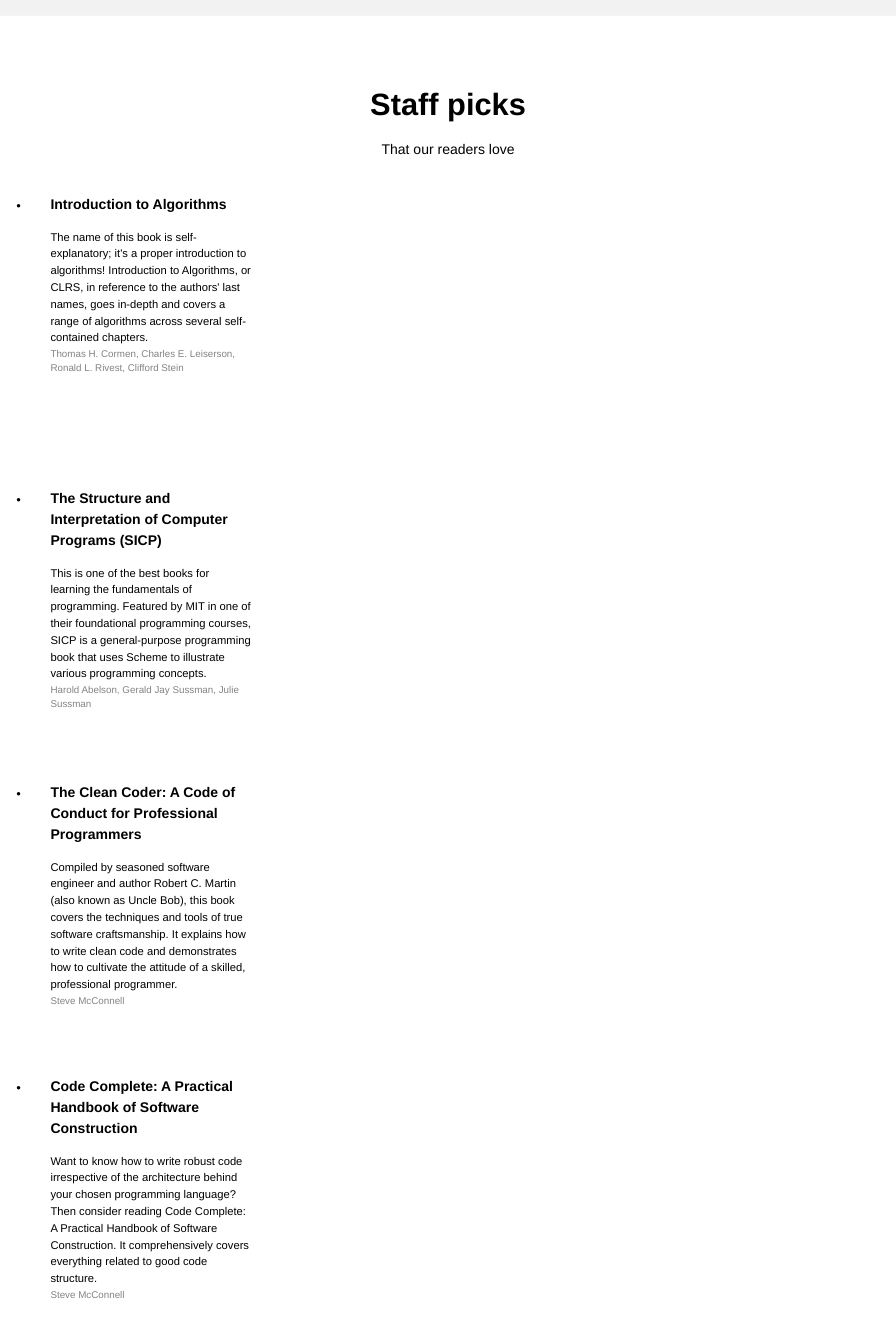
Repository: MWilliams-26/se_project_library
Page: index.html
These files come from the project's save history. The page is drawn as it stood at one moment and after the next save; the edit follows.
The browser window is 1280 px wide. The pictures show the part of the page from y = 1521 to 3441 px (the page is 4042 px tall before and 4046 px after), at 70% of full size.

Above is the page before, as saved 2023-04-03 10:37:12.

After the next save:
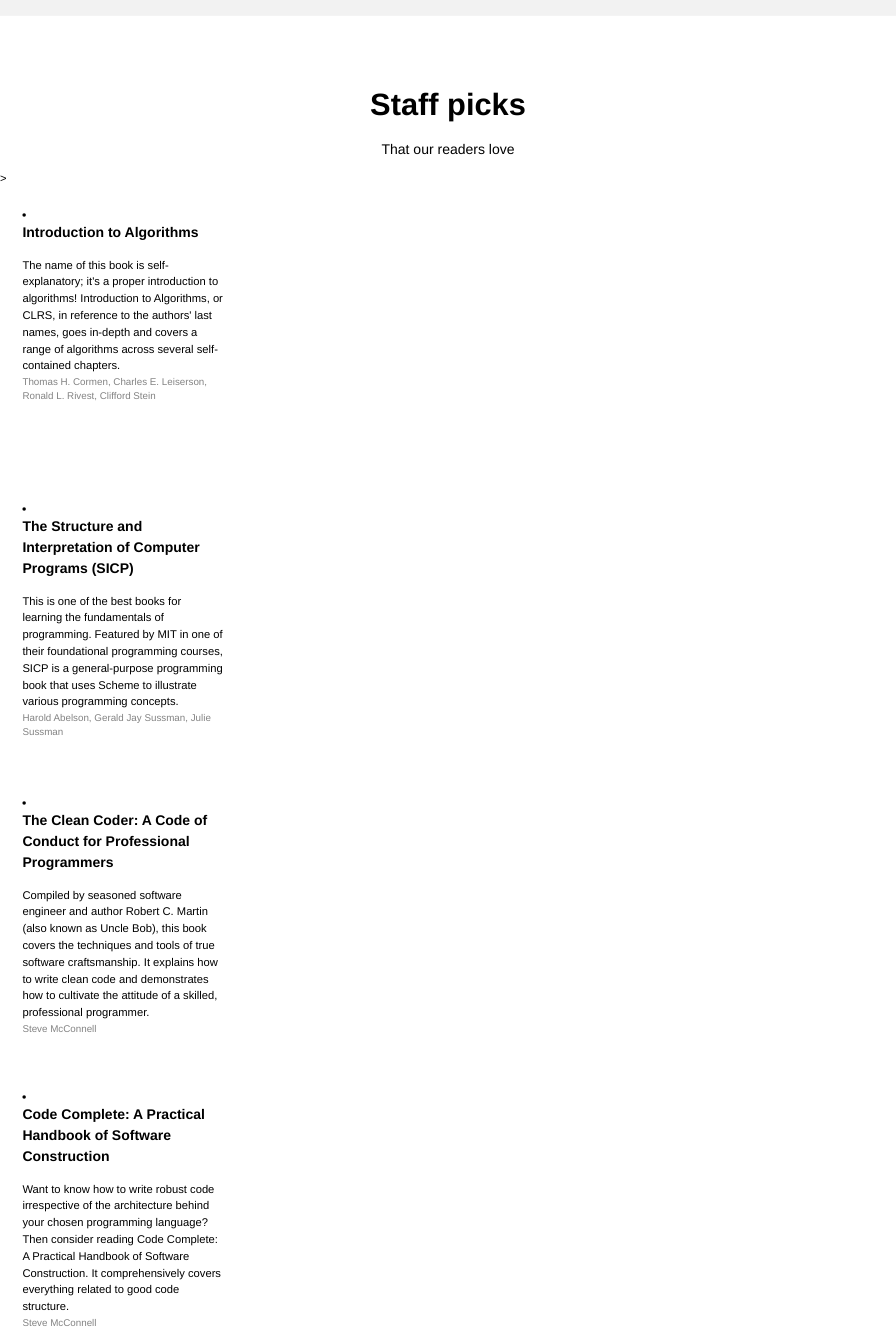
Saved 10 min 32 s later.
--- a/index.html
+++ b/index.html
@@ -155,7 +155,7 @@
           <!-- --------------------------------------------------------------- -->
           <h2 class="staff__title">Staff picks</h2>
           <p class="staff__subtitle">That our readers love</p>
-          <ul>
+          <ul class="staff__picks"></ul>>
             <li class="card">
               <div class="card__content">
                 <h3 class="card__title">Introduction to Algorithms</h3>

After the save that followed:
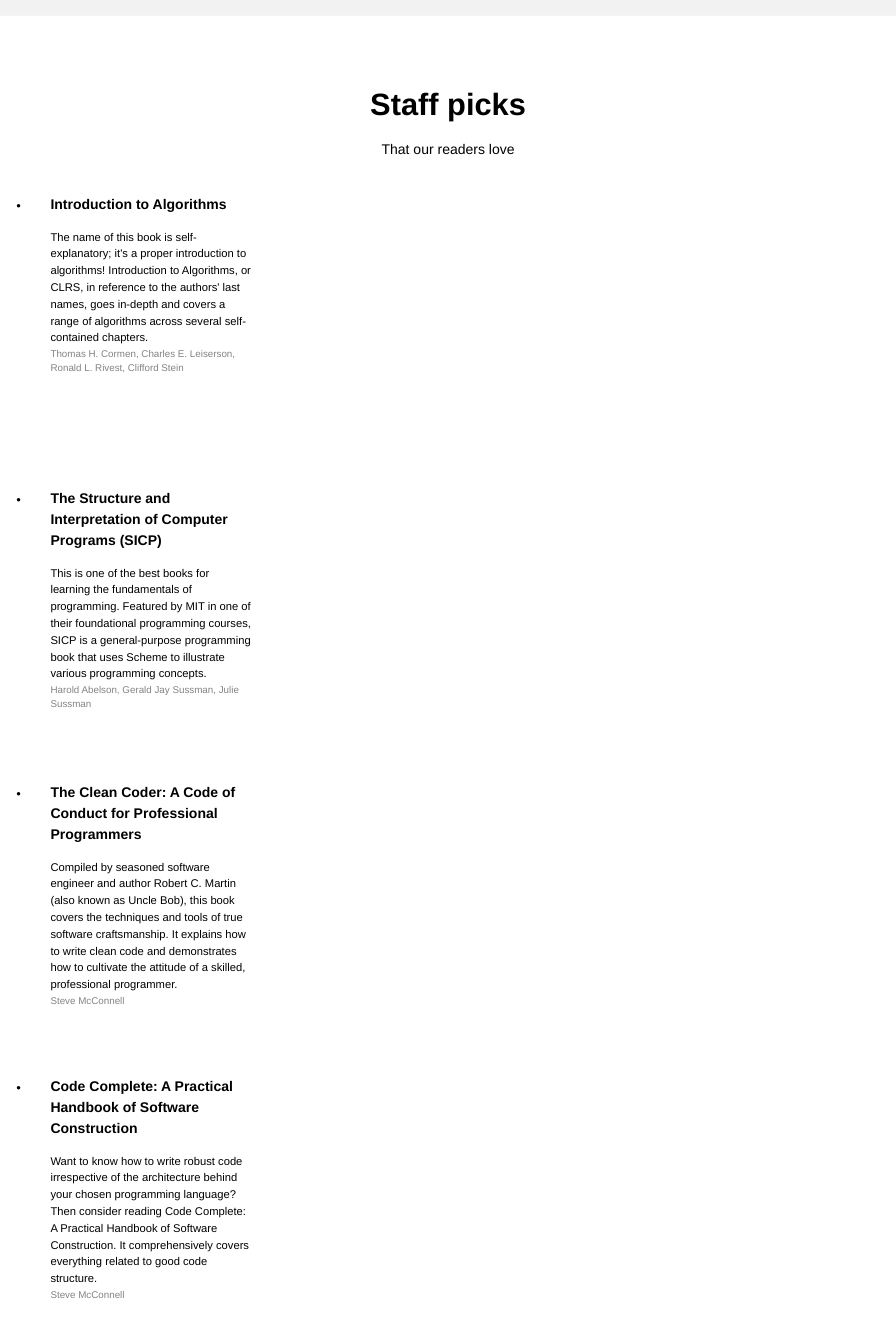
Saved 73 s later.
--- a/index.html
+++ b/index.html
@@ -155,7 +155,7 @@
           <!-- --------------------------------------------------------------- -->
           <h2 class="staff__title">Staff picks</h2>
           <p class="staff__subtitle">That our readers love</p>
-          <ul class="staff__picks"></ul>>
+          <ul class="staff__picks">
             <li class="card">
               <div class="card__content">
                 <h3 class="card__title">Introduction to Algorithms</h3>
